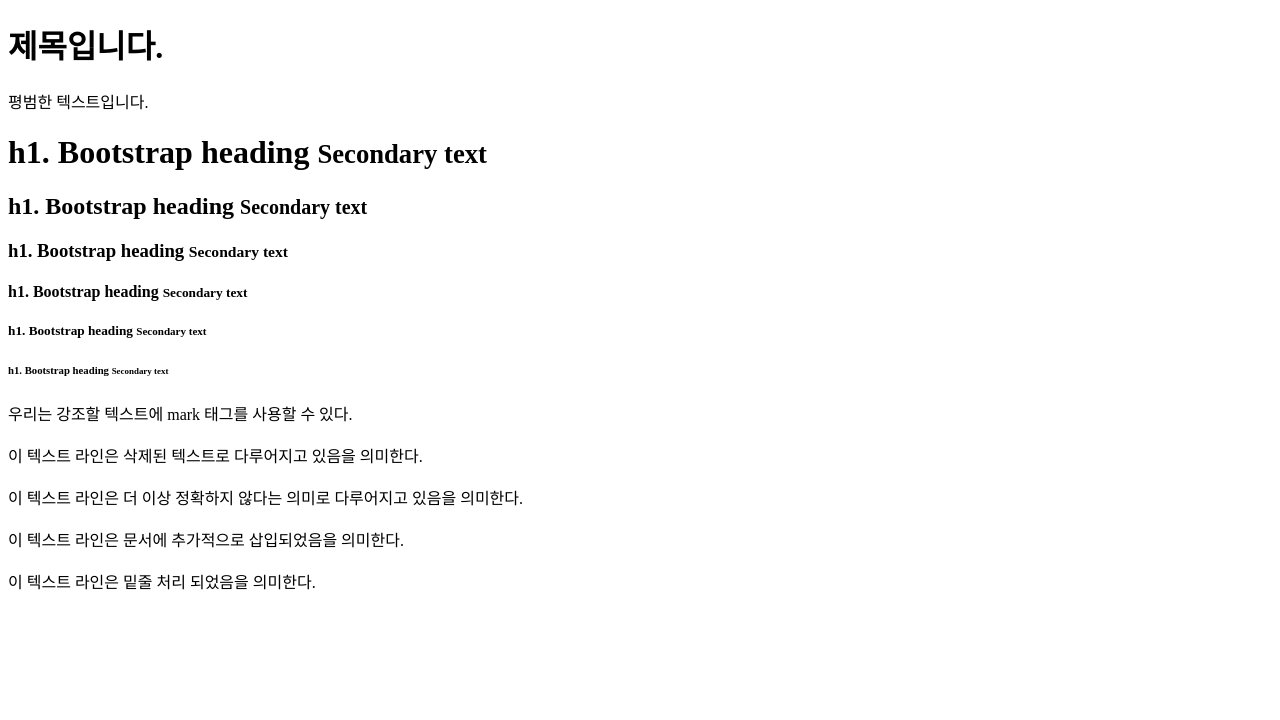
Repository: yhj4130/BootstrapStudy
Page: BootstrapWork/WebContent/BootEx01.html
The author's editor kept a copy of each file at every save. The page is drawn from the files as they stood at one save, then again after the next save.
The browser window is 1280 px wide. The pictures show the whole page.

Above is the page before, as saved 2019-06-12 01:14:01.

After the next save:
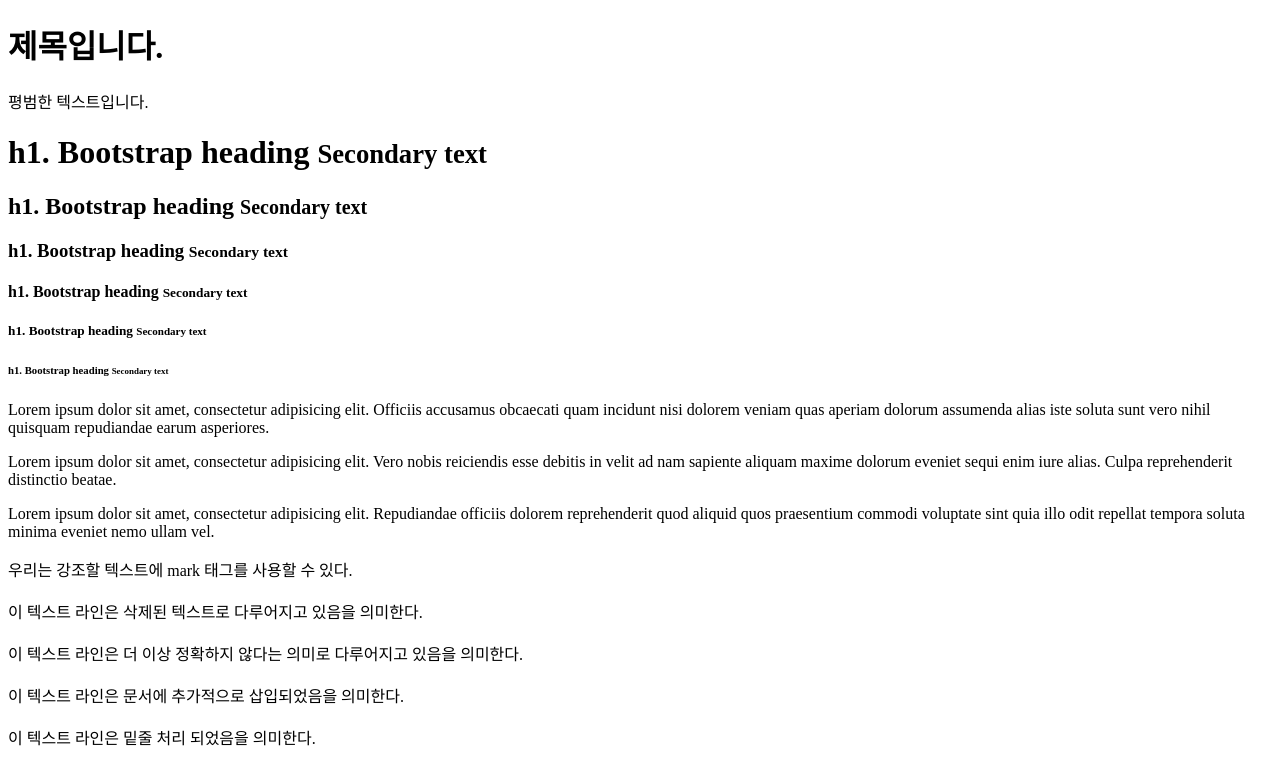
Saved 72 s later.
--- a/BootstrapWork/WebContent/BootEx01.html
+++ b/BootstrapWork/WebContent/BootEx01.html
@@ -17,6 +17,9 @@
 <h5>h1. Bootstrap heading <small>Secondary text</small></h5>
 <h6>h1. Bootstrap heading <small>Secondary text</small></h6>
 
+<p>Lorem ipsum dolor sit amet, consectetur adipisicing elit. Officiis accusamus obcaecati quam incidunt nisi dolorem veniam quas aperiam dolorum assumenda alias iste soluta sunt vero nihil quisquam repudiandae earum asperiores.</p>
+<p class="lead">Lorem ipsum dolor sit amet, consectetur adipisicing elit. Vero nobis reiciendis esse debitis in velit ad nam sapiente aliquam maxime dolorum eveniet sequi enim iure alias. Culpa reprehenderit distinctio beatae.</p>
+<p>Lorem ipsum dolor sit amet, consectetur adipisicing elit. Repudiandae officiis dolorem reprehenderit quod aliquid quos praesentium commodi voluptate sint quia illo odit repellat tempora soluta minima eveniet nemo ullam vel.</p>
 
 우리는 강조할 텍스트에 mark 태그를 사용할 수 있다. <br><br>
 
